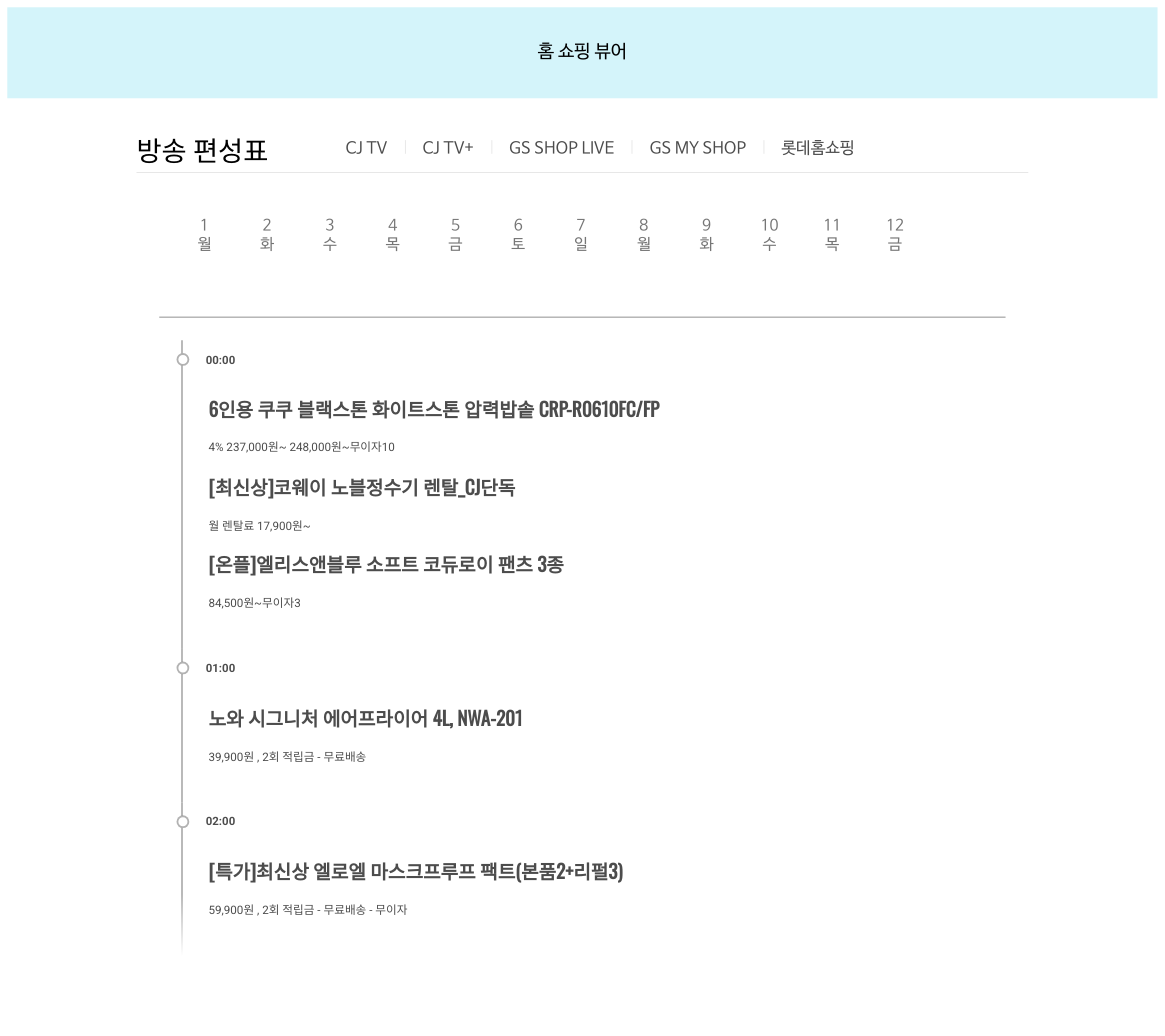
Repository: Kds010/HomeShopping
Page: http://localhost/index
The author's editor kept a copy of each file at every save. The page is drawn from the files as they stood at one save, then again after the next save.
The browser window is 1280 px wide. The pictures show the whole page, at 91% of full size.
The page is this project's Thymeleaf template; nobody is signed in. The template is opened directly, without the code that normally fills it, so the values that code supplies are empty.

Above is the page before, as saved 2021-12-18 11:46:10.

### homeshopping/src/main/resources/templates/index.html
<!DOCTYPE html>
<html xmlns:th="http://www.thymeleaf.org">
<head>
<meta charset="UTF-8">
<title>SC쇼핑바라기</title>
</head>
<body>
<div id="wrap">
	<th:block th:replace="header.html"></th:block>
	<div id="container">
		<div class="content">
			<div class="fiexd_wrap">

				<div class="fixed_wrap_div">
					<h2 class="fiexd_wrap_tit">방송 편성표</h2>
					<ul class="ch_list_tab" id="ch_list_tab">
						<li class="">CJ TV</li>
						<li class="">CJ TV+</li>
						<li class="">GS SHOP LIVE</li>
						<li class="">GS MY SHOP</li>
						<li class="">롯데홈쇼핑</li>
					</ul>
				</div>

				<ul class="list_date" id="scheduleDate">
					<li data-dt="20211201">
						<a href="javascript:;" class="date_cont">
							<span class="num_date">1</span>
							<span class="txt_date">월</span></a></li>
					<li data-dt="20211202">
						<a href="javascript:;" class="date_cont">
							<span class="num_date">2</span>
							<span class="txt_date">화</span></a></li>
					<li data-dt="20211203">
						<a href="javascript:;" class="date_cont">
							<span class="num_date">3</span>
							<span class="txt_date">수</span></a></li>
					<li data-dt="20211204">
						<a href="javascript:;" class="date_cont">
							<span class="num_date">4</span>
							<span class="txt_date">목</span></a></li>
					<li data-dt="20211205">
						<a href="javascript:;" class="date_cont">
							<span class="num_date">5</span>
							<span class="txt_date">금</span></a></li>
					<li data-dt="20211206">
						<a href="javascript:;" class="date_cont">
							<span class="num_date">6</span>
							<span class="txt_date">토</span></a></li>
					<li data-dt="20211207">
						<a href="javascript:;" class="date_cont">
							<span class="num_date">7</span>
							<span class="txt_date">일</span></a></li>
					<li data-dt="20211208">
						<a href="javascript:;" class="date_cont">
							<span class="num_date">8</span>
							<span class="txt_date">월</span></a></li>
					<li data-dt="20211209">
						<a href="javascript:;" class="date_cont">
							<span class="num_date">9</span>
							<span class="txt_date">화</span></a></li>
					<li data-dt="20211210">
						<a href="javascript:;" class="date_cont">
							<span class="num_date">10</span>
							<span class="txt_date">수</span></a></li>
					<li data-dt="20211211">
						<a href="javascript:;" class="date_cont">
							<span class="num_date">11</span>
							<span class="txt_date">목</span></a></li>
					<li data-dt="20211212">
						<a href="javascript:;" class="date_cont">
							<span class="num_date">12</span>
							<span class="txt_date">금</span></a></li>
				</ul>
			</div>

			<div class="state_bar past" id="status_bar_area">

			</div>

			<div class="cont-list">

				<div class="timeline-item" date-is='00:00'>
					<h2>6인용 쿠쿠 블랙스톤 화이트스톤 압력밥솥 CRP-R0610FC/FP</h2>
					<p>
						4% 237,000원~ 248,000원~무이자10
					</p>
					<h2>[최신상]코웨이 노블정수기 렌탈_CJ단독</h2>
					<p>
						월 렌탈료 17,900원~
					</p>
					<h2>[온플]엘리스앤블루 소프트 코듀로이 팬츠 3종</h2>
					<p>
						84,500원~무이자3
					</p>
				</div>

				<div class="timeline-item" date-is='01:00'>
					<h2>노와 시그니처 에어프라이어 4L, NWA-201</h2>
					<p>
						39,900원 , 2회 적립금 - 무료배송
					</p>
				</div>

				<div class="timeline-item" date-is='02:00'>
					<h2>[특가]최신상 엘로엘 마스크프루프 팩트(본품2+리펄3)</h2>
					<p>
						59,900원 , 2회 적립금 - 무료배송 - 무이자
					</p>
				</div>

			</div>

		</div>
	</div>
</div>
</body>
</html>

### homeshopping/src/main/resources/templates/header.html
<!DOCTYPE html>
<html>
<head>
<meta charset="UTF-8">
<link rel="stylesheet" type="text/css" href="/css/main.css">
<link rel="stylesheet" type="text/css" href="/css/font.css">
<script src="/js/jquery-3.6.0.js" defer></script>
<script src="/js/index.js" defer></script>
</head>
<body>
<div class="header">
	<div class="header-content">
		홈 쇼핑 뷰어
	</div>
</div>
</body>
</html>

### homeshopping/src/main/resources/static/css/main.css
@charset "UTF-8";

/* // ----------------  THE BASICS */

@import url('https://fonts.googleapis.com/css?family=Oswald|Roboto:400,700');

/* // ----------------  THE FONTS */

h1, h2, h3, h4, h5, h6 {
	font-family: 'Oswald', sans-serif;
}

h1 {
	font-size: 2rem;
	margin-bottom: .5em;
}

p {
	font-family: 'Roboto', sans-serif;
	font-size: .8rem;
}


body{
	font-family: 'NanumBarunGothic', sans-serif;
    /* font-size: 12px; */
    font-size: 14px;
    line-height: 1.5;
}


div{
	display:block;
}

li, ol, ul{
	list-style: none;
}

li{
	display: list-item;
    text-align: -webkit-match-parent;
}

ul{
	list-style-type: disc;
}

a{
	color: inherit;
    text-decoration: none;
}

/* h1, h2, h3, h4, h5, h6{
	display: block;
    font-size: 1.5em;
    margin-block-start: 0.83em;
    margin-block-end: 0.83em;
    margin-inline-start: 0px;
    margin-inline-end: 0px;
    font-weight: bold;
} */

#wrap{
	min-width: 1240px;
}

.header {
	display: flex;
	background: #D4F4FA;
	width: 100%;
	height: 100px;
	font-size:20px;
	text-align: center;
}

.header-content{
    width: 1180px;
    margin: auto;
}

#container{
	position: relative;
    width: 1180px;
    min-height: 802px;
    margin: 0 auto;
    padding-bottom: 80px;
    zoom: 1;
}

.content{
	width:980px;
	margin:0 auto;
}

.fiexd_wrap{
	width:980px;
	margin-top: 30px;
}

.fixed_wrap_div{
	overflow: hidden;
	margin-bottom: 10px;
	border-bottom: 1px solid #e5e5e5;
}


.fiexd_wrap_tit{
	float: left;
    margin-top: 3px;
    margin-bottom: 3px;
    font-weight: 400;
    font-size: 30px;
    line-height: 1.5;
}

.ch_list_tab{
	overflow: hidden;
    float: left;
    margin: 12px 0 0 6px;
}

.ch_list_tab li{
	position: relative;
    float: left;
    margin-left: 39px;
    font-size: 18px;
    color: #4d4d4d;
    text-decoration: none;
}

.ch_list_tab li:nth-child(1):after {
    content: normal;
}

.ch_list_tab li:after {
	position: absolute;
    top: 4px;
    left: -20px;
    width: 1px;
    height: 15px;
    background-color: #e6e6e6;
    content: '';
}

.list_date {
	display: inline-block;
}

.list_date li{
	vertical-align: top;
	float: left;
    padding: 10px 3px;
    color: #767676;
    text-align: center;
    margin:0;
}

.list_date .date_cont{
	display: block;
    width: 31px;
    padding: 14px 16px 10px;
    font-size: 17px;
    line-height: 21px;
    text-decoration: none;
}

.list_date .num_date{
	display: block;
    height: 20px;
}

.list_date .txt_date{
	display: block;
    line-height: 24px;
}



/* // ----------------  LAYOUT */

.cont-list {
	max-width: 1024px;
	width: 90%;
	margin: 0 auto;
}

/* // ----------------  THE FONTS */

/* $border-color: rgba(black, .3); */

.timeline-item {
	padding: 3em 2em 2em;
	position: relative;
	/* color: rgba(black, .7); */
	color: rgba(0, 0, 0, 0.7);
	/* border-left: 2px solid $border-color; */
	border-left: 2px solid rgba(0, 0, 0, 0.3);
}
.timeline-item::before {
		content: attr(date-is);
		position: absolute;
		left: 2em;
		font-weight: bold;
		top: 1em;
		display: block;
		font-family: 'Roboto', sans-serif;
		font-weight: 700;
		font-size: 0.785rem;
	}

.timeline-item::after {
		width: 10px;
		height: 10px;
		display: block;
		top: 1em;
		position: absolute;
		left: -7px;
		border-radius: 10px;
		content: "";
		/* border: 2px solid $border-color; */
		border: 2px solid rgba(0, 0, 0, 0.3);
		background: white;
	}

.timeline-item:last-child {
			border-image: linear-gradient(to bottom, rgba(0, 0, 0, 0.3) 60%, rgba(0, 0, 0, 0)) 1 100%;
		;
	}
}

.timeline-item	p {
		font-size: 1rem;
}

.state_bar{
	display: block;
	overflow: hidden;
    /* height: 50px; */
    background-color: #e5e5e5;
    width:930px;
    height: 1px;
    margin: 25px auto;
}

.state_bar.past{
	background-color: #868686;
}

### homeshopping/src/main/resources/static/css/font.css
@charset "UTF-8";
@font-face {
    font-family: 'NanumBarunGothic';
    src:url('/fonts/NanumBarunGothic.ttf') format('woff'),
        url('/fonts/NanumBarunGothic.ttf') format('woff2');
    font-weight: 400;
}

Loaded but not shown: homeshopping/src/main/resources/static/js/jquery-3.6.0.js (library); homeshopping/src/main/resources/static/js/index.js (no copy from this time; the picture is the same without it)

After the next save:
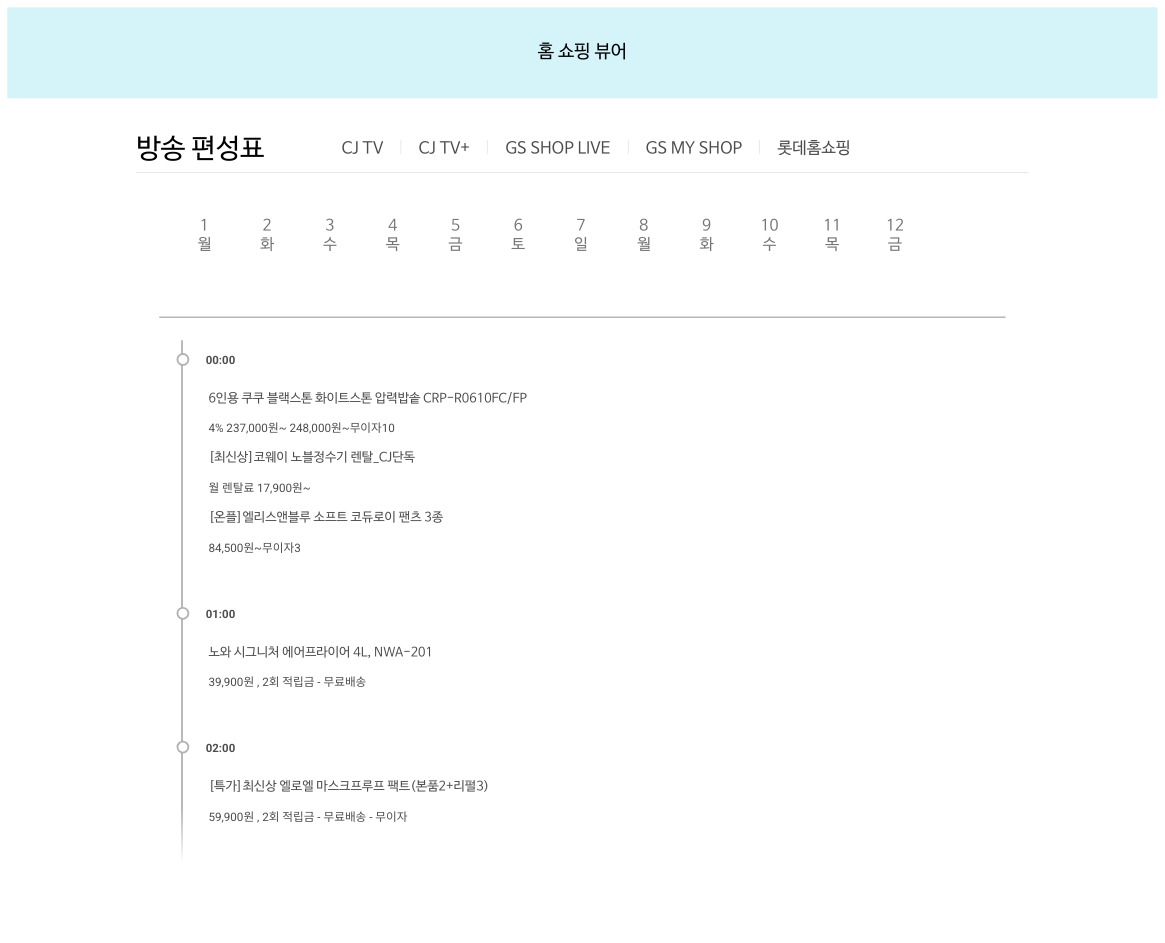
Saved 22 s later.
--- a/homeshopping/src/main/resources/static/css/main.css
+++ b/homeshopping/src/main/resources/static/css/main.css
@@ -8,6 +8,7 @@
 
 h1, h2, h3, h4, h5, h6 {
 	font-family: 'Oswald', sans-serif;
+	    font: inherit;
 }
 
 h1 {
